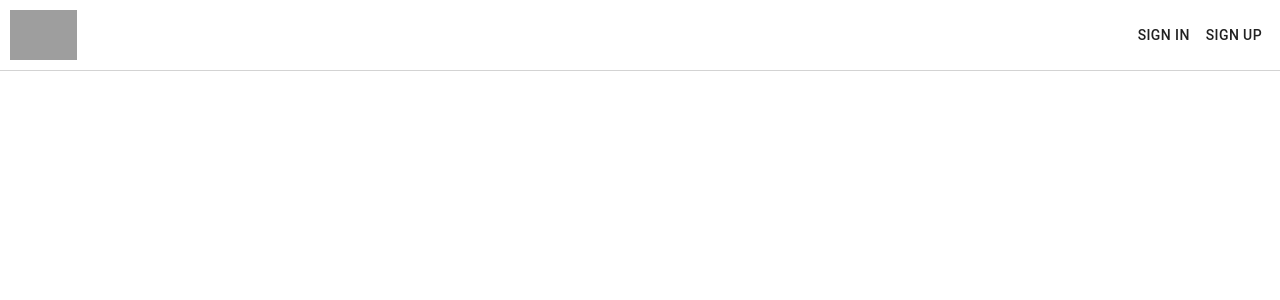
Repository: shiv0403/React-PostEmbed
Page: /
These files come from the project's save history. The page is drawn as it stood at one moment and after the next save; the edit follows.
The browser window is 1280 px wide. The pictures show the whole page.
Pictures or frames that could not be fetched are drawn as grey boxes. The page's requests for data from a server got no answer. The project was rebuilt for these pictures with package versions that can differ from the ones it lists, and the page was loaded fresh each time. No one was signed in, and anything a server would have sent is missing. Also part of the build but not shown: src/Post.css, src/Post.js, src/PostUpload.js.

Above is the page before, as saved 2021-01-07 21:29:20.

After the next save:
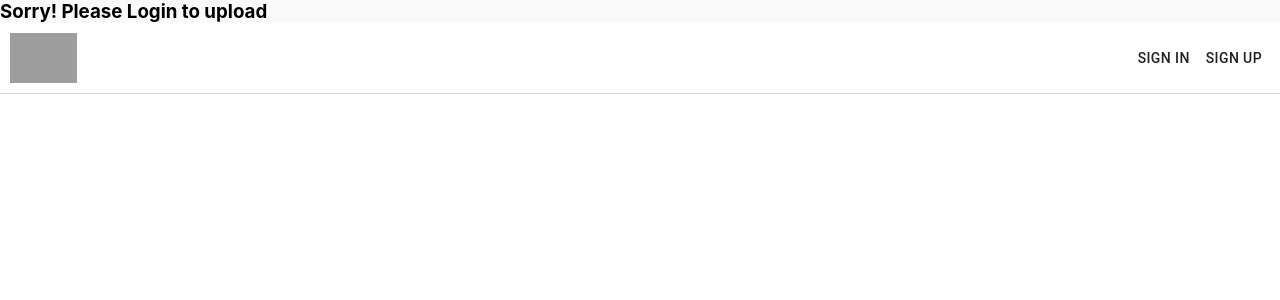
Saved 13 min 21 s later.
--- a/src/App.js
+++ b/src/App.js
@@ -91,7 +91,7 @@
       {user?.displayName ? (
         <PostUpload username={user.displayName} />
       ) : (
-        console.log("Sorry! Please Login to upload")
+        <h3>Sorry! Please Login to upload</h3>
       )}
       <Modal open={open} onClose={() => setOpen(false)}>
         <div className={classes.paper} style={modalStyle}>
